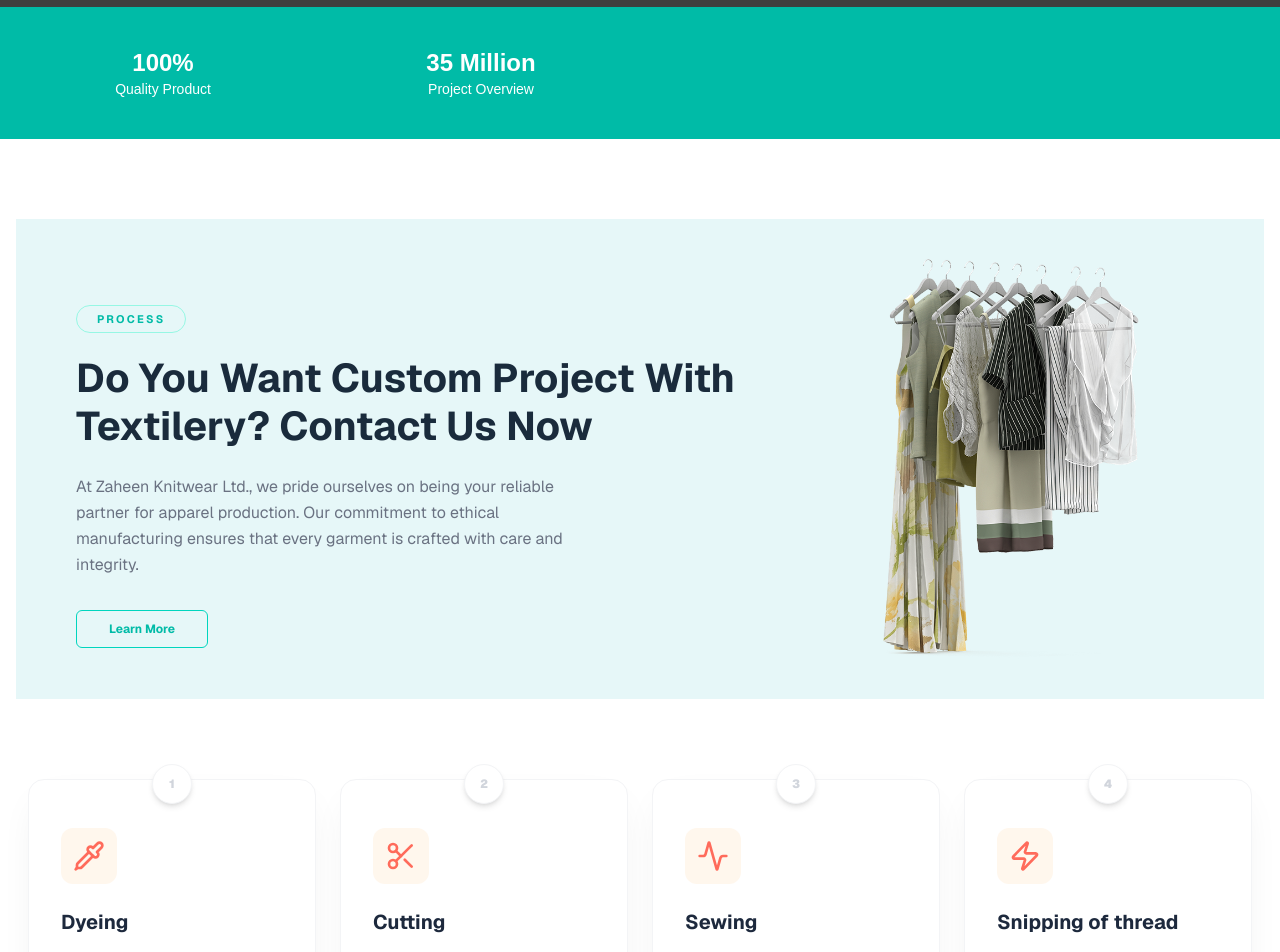
Repository: mdmuhibullahhabib/fullstack-assessment
Page: /
The author's editor kept a copy of each file at every save. The page is drawn from the files as they stood at one save, then again after a run of saves.
The browser window is 1280 px wide. The pictures show the part of the page from y = 571 to 1523 px (the page is 3025 px tall).
Pictures or frames that could not be fetched are drawn as grey boxes. The project was rebuilt for these pictures with package versions that can differ from the ones it lists, and the page was loaded fresh each time. The framework's server and built-in components were replaced by stand-ins that run in the browser. Also part of the build but not shown: next.config.mjs.

Above is the page before, as saved 2025-12-27 10:00:12.

### src/app/layout.js
import { Geist, Geist_Mono } from "next/font/google";
import "./globals.css";
import Navbar from "@/components/shared/Navbar";
import Footer from "@/components/shared/Footer";

const geistSans = Geist({
  variable: "--font-geist-sans",
  subsets: ["latin"],
});

const geistMono = Geist_Mono({
  variable: "--font-geist-mono",
  subsets: ["latin"],
});

export const metadata = {
  title: "Create Next App",
  description: "Generated by create next app",
};

export default function RootLayout({ children }) {
  return (
    <html lang="en">
      <body
        className={`${geistSans.variable} ${geistMono.variable} antialiased`}
      >
        <Navbar/>
        {children}
        <Footer/>
      </body>
    </html>
  );
}

### src/app/page.js
import Apparel from "@/components/home/Apparel";
import CustomProcess from "@/components/home/CustomProcess";
import Hero from "@/components/home/hero";
import Stats from "@/components/home/Stats";


export default function Home() {
  return (
    <>
      <Hero />
      <Stats />
      <CustomProcess />
      <Apparel />
    </>
  );
}

### src/components/shared/Navbar.jsx
"use client";

import Link from "next/link";
import { Menu, X, ShoppingCart, User } from "lucide-react";
import { useState } from "react";

export default function Navbar() {
  const [open, setOpen] = useState(false);

  return (
    <header className="w-full">
      {/* ===== Top Bar ===== */}
      <div className="bg-teal-500 text-white text-sm">
        <div className="max-w-7xl mx-auto flex justify-between items-center px-4 py-2">
          <p>📍 Kashimpur, Gazipur Sadar / Gazipur</p>
          <div className="flex items-center gap-4">
            <span>📞 +880 01713-027875</span>
            <div className="flex gap-2">
              <span>f</span>
              <span>x</span>
              <span>▶</span>
              <span>📷</span>
            </div>
          </div>
        </div>
      </div>

      {/* ===== Main Navbar ===== */}
      <div className="bg-white shadow">
        <div className="max-w-7xl mx-auto flex items-center justify-between px-4 py-4">

          {/* Logo */}
          <Link href="/" className="flex items-center gap-2">
            <div className="w-10 h-10 bg-green-500 rounded flex items-center justify-center text-white font-bold">
              Z
            </div>
            <span className="font-bold text-lg text-gray-800">
              Company
            </span>
          </Link>

          {/* Desktop Menu */}
          <nav className="hidden md:flex items-center gap-8 text-gray-700 font-medium">
            <Link href="/">Home</Link>
            <Link href="/about">About Us</Link>
            <Link href="/services">Our Services</Link>
            <Link href="/products">Our Products</Link>
            <Link href="/blogs">Blogs</Link>
          </nav>

          {/* Right Actions */}
          <div className="hidden md:flex items-center gap-4">
            <ShoppingCart className="cursor-pointer" />
            <div className="w-8 h-8 bg-red-500 rounded-full flex items-center justify-center text-white">
              M
            </div>
            <Link
              href="/contact"
              className="bg-orange-500 text-white px-4 py-2 rounded"
            >
              Contact Us
            </Link>
          </div>

          {/* Mobile Menu Button */}
          <button
            onClick={() => setOpen(!open)}
            className="md:hidden"
          >
            {open ? <X /> : <Menu />}
          </button>
        </div>

        {/* ===== Mobile Menu ===== */}
        {open && (
          <div className="md:hidden bg-white border-t">
            <nav className="flex flex-col gap-4 px-4 py-4 text-gray-700">
              <Link href="/">Home</Link>
              <Link href="/about">About Us</Link>
              <Link href="/services">Our Services</Link>
              <Link href="/products">Our Products</Link>
              <Link href="/blogs">Blogs</Link>

              <div className="flex items-center gap-4 pt-4">
                <ShoppingCart />
                <User />
                <Link
                  href="/contact"
                  className="bg-orange-500 text-white px-4 py-2 rounded"
                >
                  Contact Us
                </Link>
              </div>
            </nav>
          </div>
        )}
      </div>
    </header>
  );
}

### src/components/shared/Footer.jsx
import Image from "next/image";
import Link from "next/link";

export default function Footer() {
  return (
    <footer className="bg-[#f8f8f8] border-t">
      <div className="max-w-7xl mx-auto px-4 py-12">

        {/* ===== Top Section ===== */}
        <div className="grid grid-cols-1 md:grid-cols-4 gap-10">

          {/* Logo & Contact */}
          <div className="space-y-4">
            <div className="flex items-center gap-3">
              <Image src="/logo.png" alt="logo" width={48} height={48} />
              <Image src="/logo2.png" alt="logo2" width={48} height={48} />
            </div>

            <p className="text-sm text-gray-600 flex gap-2">
              📍 29 SE 2nd Ave, Miami, FL 33131, United States
            </p>
            <p className="text-sm text-gray-600">
              ✉ info@zaheen.com
            </p>
            <p className="text-sm font-semibold">
              📞 (+92) 3942 7879
            </p>
          </div>

          {/* Pages */}
          <div>
            <h4 className="font-semibold mb-4 uppercase text-sm">Pages</h4>
            <ul className="space-y-2 text-sm text-gray-600">
              <li><Link href="#">About Us</Link></li>
              <li><Link href="#">Our Services</Link></li>
              <li><Link href="#">Our Products</Link></li>
            </ul>
          </div>

          {/* Information */}
          <div>
            <h4 className="font-semibold mb-4 uppercase text-sm">Information</h4>
            <ul className="space-y-2 text-sm text-gray-600">
              <li><Link href="#">My Account</Link></li>
              <li><Link href="#">Corporate Enquiries</Link></li>
              <li><Link href="#">FAQs</Link></li>
            </ul>
          </div>
        </div>

        {/* ===== Payment Channels (SAME ROW STYLE) ===== */}
        <div className="mt-10">
          <h4 className="font-semibold text-sm mb-4">PAYMENT CHANNELS</h4>

          <div className="flex flex-wrap gap-3">
            {[
              "visa",
              "mastercard",
              "amex",
              "bKash",
              "nagad",
              "rocket",
              "upay",
              "tap",
              "citybank",
              "bracbank",
              "easternbank",
              "standardchartered",
            ].map((logo) => (
              <div
                key={logo}
                className="bg-white border rounded-md px-4 py-2 flex items-center justify-center"
              >
                <Image
                  src={`/payments/${logo}.png`}
                  alt={logo}
                  width={48}
                  height={28}
                  className="object-contain"
                />
              </div>
            ))}
          </div>
        </div>

        {/* ===== Bottom Bar ===== */}
        <div className="border-t mt-10 pt-6 flex flex-col md:flex-row justify-between items-center gap-4 text-sm text-gray-600">

          <p>
            Copyright ©{" "}
            <span className="text-orange-500 font-medium">
              360D Soul Limited
            </span>{" "}
            2025. All rights reserved.
          </p>

          <div className="flex gap-4 text-lg">
            <span>f</span>
            <span>x</span>
            <span>📷</span>
          </div>

          <div className="flex gap-4">
            <Link href="#">Terms & Condition</Link>
            <Link href="#">Privacy & Policy</Link>
            <Link href="#">Refund Policy</Link>
          </div>
        </div>

      </div>
    </footer>
  );
}

### src/components/home/Apparel.jsx
export default function Apparel() {
  const products = [
    {
      name: "Denim Jacket",
      price: "$10.00",
      img: "https://images.unsplash.com/photo-1520975916090-3105956dac38",
    },
    {
      name: "Hoodie",
      price: "$12.00",
      img: "https://images.unsplash.com/photo-1520974735194-6c9c0c13ed3d",
    },
    {
      name: "T-Shirt",
      price: "$8.00",
      img: "https://images.unsplash.com/photo-1583743814966-8936f5b7be1a",
    },
  ];

  return (
    <section className="bg-gray-50 py-16">
      <div className="max-w-7xl mx-auto px-4">
        <h2 className="text-2xl font-bold mb-8">Our Apparels</h2>

        <div className="grid sm:grid-cols-2 md:grid-cols-3 gap-6">
          {products.map((p, i) => (
            <div key={i} className="bg-white border rounded overflow-hidden">
              <img src={p.img} className="h-56 w-full object-cover" />
              <div className="p-4">
                <h3 className="font-semibold">{p.name}</h3>
                <p className="text-sm text-gray-600">{p.price}</p>
                <button className="mt-3 w-full bg-teal-500 text-white py-2 rounded">
                  Add to Cart
                </button>
              </div>
            </div>
          ))}
        </div>
      </div>
    </section>
  );
}

### src/components/home/CustomProcess.jsx
"use client"
import Image from "next/image";
import { Scissors, Pipette, Zap, Activity, Repeat, ClipboardCheck, Box } from "lucide-react";
import bgImage from "../../../public/home/ProcessImage-1.png";
import rightImage from "../../../public/home/ProcessImage-2.png";

export default function CustomProcess() {
    const steps = [
        { number: 1, title: "Dyeing", desc: "Adding color to biodegradable materials.", icon: <Pipette className="w-8 h-8 text-[#FF6B5B]" /> },
        { number: 2, title: "Cutting", desc: "Eco-friendly clothing items for all shapes and sizes.", icon: <Scissors className="w-8 h-8 text-[#FF6B5B]" /> },
        { number: 3, title: "Sewing", desc: "Vouching for the ultimate sturdiness and durability of the fabric.", icon: <Activity className="w-8 h-8 text-[#FF6B5B]" /> },
        { number: 4, title: "Snipping of thread", desc: "A neat edge, a soft and smooth finish.", icon: <Zap className="w-8 h-8 text-[#FF6B5B]" /> },
        { number: 5, title: "Ironing", desc: "Ironing it before shipping.", icon: <Repeat className="w-8 h-8 text-[#FF6B5B]" /> },
        { number: 6, title: "Checking", desc: "Going through each clothing piece to ensure supreme quality standards are met.", icon: <ClipboardCheck className="w-8 h-8 text-[#FF6B5B]" /> },
        { number: 7, title: "Package", desc: "Folding and packing with the utmost care.", icon: <Box className="w-8 h-8 text-[#FF6B5B]" /> },
    ];

    return (
        <section className="bg-white py-20 px-4 font-sans">
            <div className="max-w-7xl mx-auto">

                {/* ===== TOP SECTION ===== */}
                <div className="relative bg-[#E6F7F8] overflow-hidden flex flex-col md:flex-row items-stretch mb-20 min-h-[450px]">

                    {/* Left Content Box (White with bgImage and Torn Edge) */}
                    <div
                        className="relative z-20 w-full md:w-[60%] p-10 mt-9 md:pl-5 md:p-6 flex flex-col justify-center items-start "
                        style={{
                            backgroundImage: `url(${bgImage})`,
                            backgroundSize: "cover",
                            backgroundPosition: "center",
                        }}
                    >
                        <div
                        className="ml-10"
                        >
                            <div className="mb-6">
                                <span className="px-5 py-1.5 rounded-full border border-teal-200 text-teal-500 text-[11px] font-bold uppercase tracking-[0.2em]">
                                    Process
                                </span>
                            </div>

                            <h2 className="text-3xl md:text-[40px] font-bold text-[#1a2b3c] leading-[1.2] mb-6">
                                Do You Want Custom Project With <br className="hidden lg:block" /> Textilery? Contact Us Now
                            </h2>

                            <p className="text-gray-500 text-sm md:text-base leading-relaxed max-w-lg mb-8">
                                At Zaheen Knitwear Ltd., we pride ourselves on being your reliable partner for
                                apparel production. Our commitment to ethical manufacturing ensures that
                                every garment is crafted with care and integrity.
                            </p>

                            <button className="border-[1.5px] border-teal-400 text-teal-500 px-8 py-2.5 rounded-md font-bold text-xs hover:bg-teal-500 hover:text-white transition-all">
                                Learn More
                            </button>
                        </div>
                    </div>

                    {/* Right Content (Image of hanging clothes) */}
                    <div className="w-full md:w-[40%] relative flex items-center justify-center py-10">
                        <div className="relative w-[85%] h-[400px]">
                            <Image
                                src={rightImage}
                                alt="Clothing Preview"
                                fill
                                className="object-contain"
                                priority
                            />
                        </div>
                    </div>
                </div>

                {/* ===== PROCESS STEPS GRID ===== */}
                <div className="flex flex-wrap justify-center gap-6">
                    {steps.map((step, index) => (
                        <div
                            key={step.number}
                            className={`
                relative bg-white p-8 pt-12 rounded-2xl shadow-[0_15px_40px_-15px_rgba(0,0,0,0.1)]
                border border-gray-100 flex flex-col items-start transition-all hover:-translate-y-2
                w-full sm:w-[calc(50%-1.5rem)] lg:w-[calc(25%-1.5rem)]
                ${index >= 4 ? 'lg:translate-y-2' : ''}
              `}
                        >
                            {/* Step Number Circle */}
                            <div className="absolute -top-4 left-1/2 -translate-x-1/2 w-10 h-10 bg-white border border-gray-100 shadow-md rounded-full flex items-center justify-center text-xs font-black text-gray-300">
                                {step.number}
                            </div>

                            <div className="mb-6 bg-orange-50 p-3 rounded-xl">
                                {step.icon}
                            </div>

                            <h3 className="text-xl font-bold text-slate-800 mb-3">
                                {step.title}
                            </h3>
                            <p className="text-[14px] text-gray-500 leading-relaxed">
                                {step.desc}
                            </p>
                        </div>
                    ))}
                </div>

            </div>
        </section>
    );
}

### src/components/home/hero.jsx
export default function Hero() {
  return (
    <section className="relative bg-black text-white">
      <img
        src="https://images.unsplash.com/photo-1520975916090-3105956dac38"
        className="absolute inset-0 w-full h-full object-cover opacity-40"
      />

      <div className="relative max-w-7xl mx-auto px-4 py-28 grid md:grid-cols-2 gap-10">
        <div>
          <p className="text-sm uppercase mb-3 text-teal-400">
            Textile & Garments
          </p>
          <h1 className="text-4xl md:text-5xl font-bold mb-5">
            High-Quality Garments. <br /> Ethically Made.
          </h1>
          <p className="text-gray-300 mb-6">
            We manufacture premium garments using ethical and sustainable
            practices.
          </p>

          <div className="flex gap-4">
            <button className="bg-orange-500 px-6 py-3 rounded">
              Explore
            </button>
            <button className="border px-6 py-3 rounded">
              Contact Us
            </button>
          </div>
        </div>
      </div>
    </section>
  );
}

### src/components/home/Stats.jsx
export default function Stats() {
  const stats = [
    { title: "Quality Product", value: "100%" },
    { title: "Project Overview", value: "35 Million" },
  ];

  return (
    <section className="bg-teal-500 text-white">
      <div className="max-w-7xl mx-auto px-4 py-10 grid grid-cols-2 md:grid-cols-4 gap-6 text-center">
        {stats.map((s, i) => (
          <div key={i}>
            <h3 className="text-2xl font-bold">{s.value}</h3>
            <p className="text-sm">{s.title}</p>
          </div>
        ))}
      </div>
    </section>
  );
}

Loaded but not shown: src/app/globals.css (common file)

After the next 2 saves:
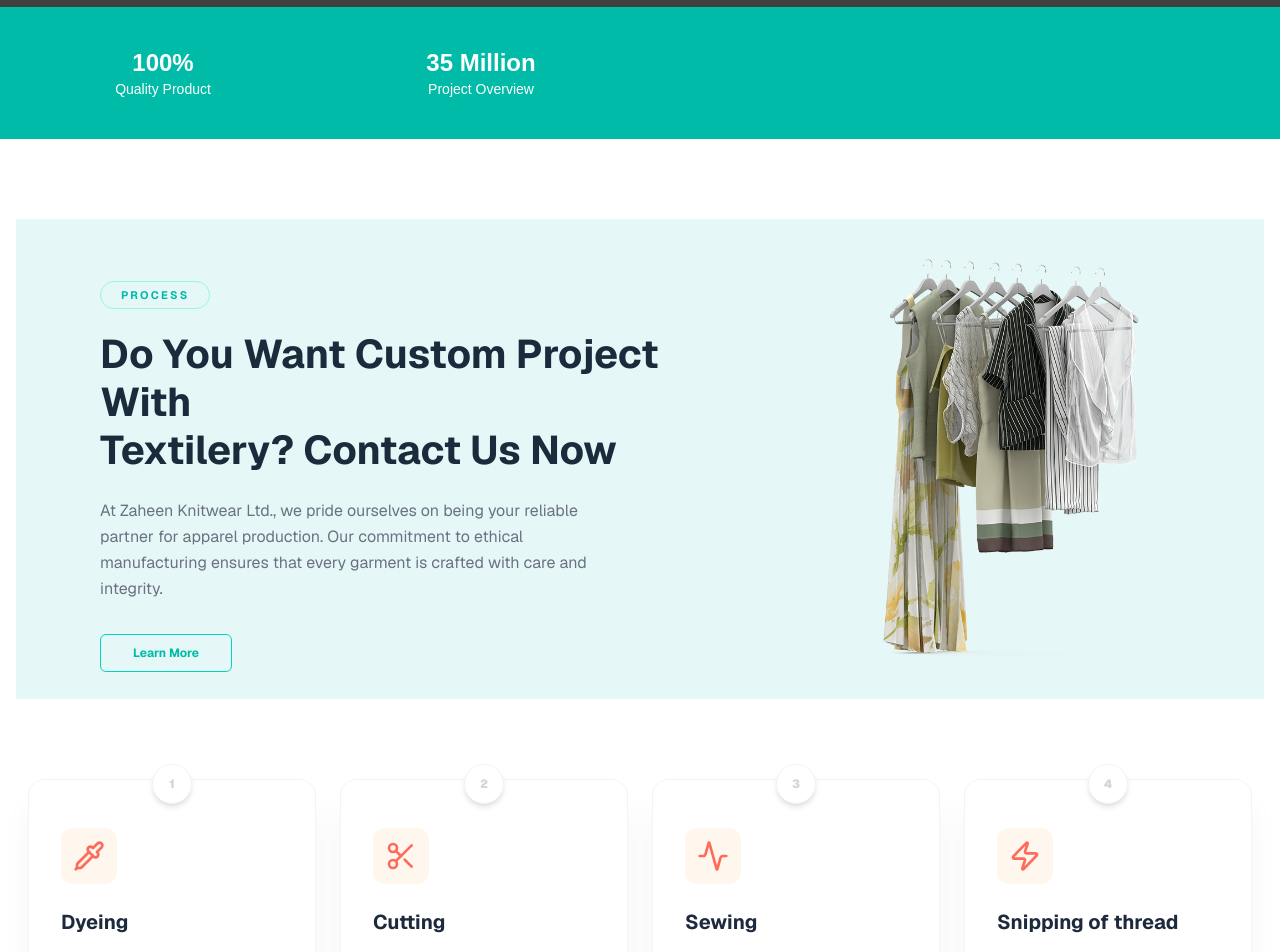
The 2 saves are shown as one change because they came seconds apart.
The last was saved 6 s later.
--- a/src/components/home/CustomProcess.jsx
+++ b/src/components/home/CustomProcess.jsx
@@ -32,7 +32,7 @@
                         }}
                     >
                         <div
-                        className="ml-10"
+                        className="ml-16"
                         >
                             <div className="mb-6">
                                 <span className="px-5 py-1.5 rounded-full border border-teal-200 text-teal-500 text-[11px] font-bold uppercase tracking-[0.2em]">
